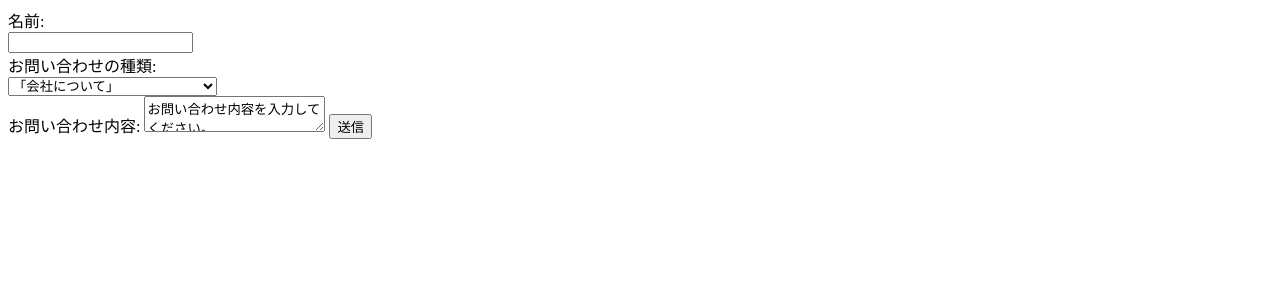
Repository: sakku-14/sukkiri_servlet
Page: http://localhost/lucky/ex5_2.jsp
The author's editor kept a copy of each file at every save. The page is drawn from the files as they stood at one save, then again after the next save.
The browser window is 1280 px wide. The pictures show the whole page.
The page is served by Tomcat 9. Other server files are loaded and not shown.

Above is the page before, as saved 2021-10-18 02:19:47.

### lucky/src/main/webapp/ex5_2.jsp
<%@ page language="java" contentType="text/html; charset=UTF-8"
    pageEncoding="UTF-8"%>
<!DOCTYPE html>
<html>
<head>
<meta charset="UTF-8">
<title>お問い合わせフォーム</title>
</head>
<body>
<form action="/lucky/testenq" method="post">
名前:<br><input type="text" name="name"><br>
お問い合わせの種類:<br>
<select name="qtype">
<option value="company">「会社について」</option>
<option value="product">「製品について」</option>
<option value="support">「アフターサポートについて」</option>
</select>
<br>
お問い合わせ内容:
<textarea name="body">お問い合わせ内容を入力してください。</textarea>
<input type="submit" value="送信">
</form>
</body>
</html>

After the next save:
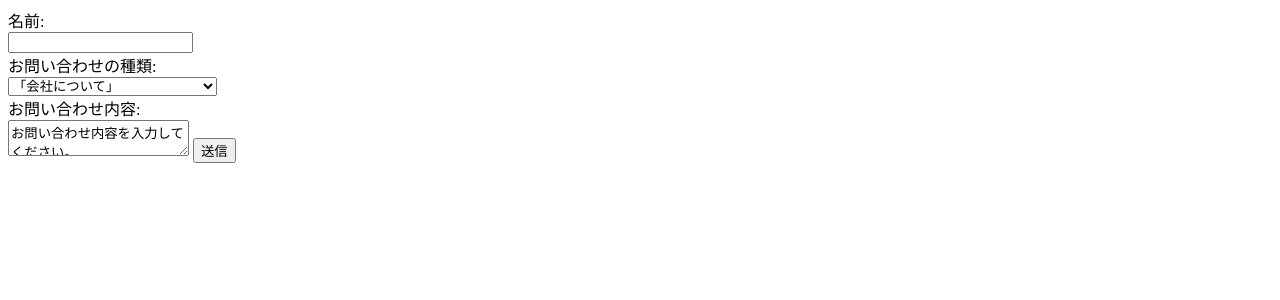
Saved 10 s later.
--- a/lucky/src/main/webapp/ex5_2.jsp
+++ b/lucky/src/main/webapp/ex5_2.jsp
@@ -16,7 +16,7 @@
 <option value="support">「アフターサポートについて」</option>
 </select>
 <br>
-お問い合わせ内容:
+お問い合わせ内容:<br>
 <textarea name="body">お問い合わせ内容を入力してください。</textarea>
 <input type="submit" value="送信">
 </form>
